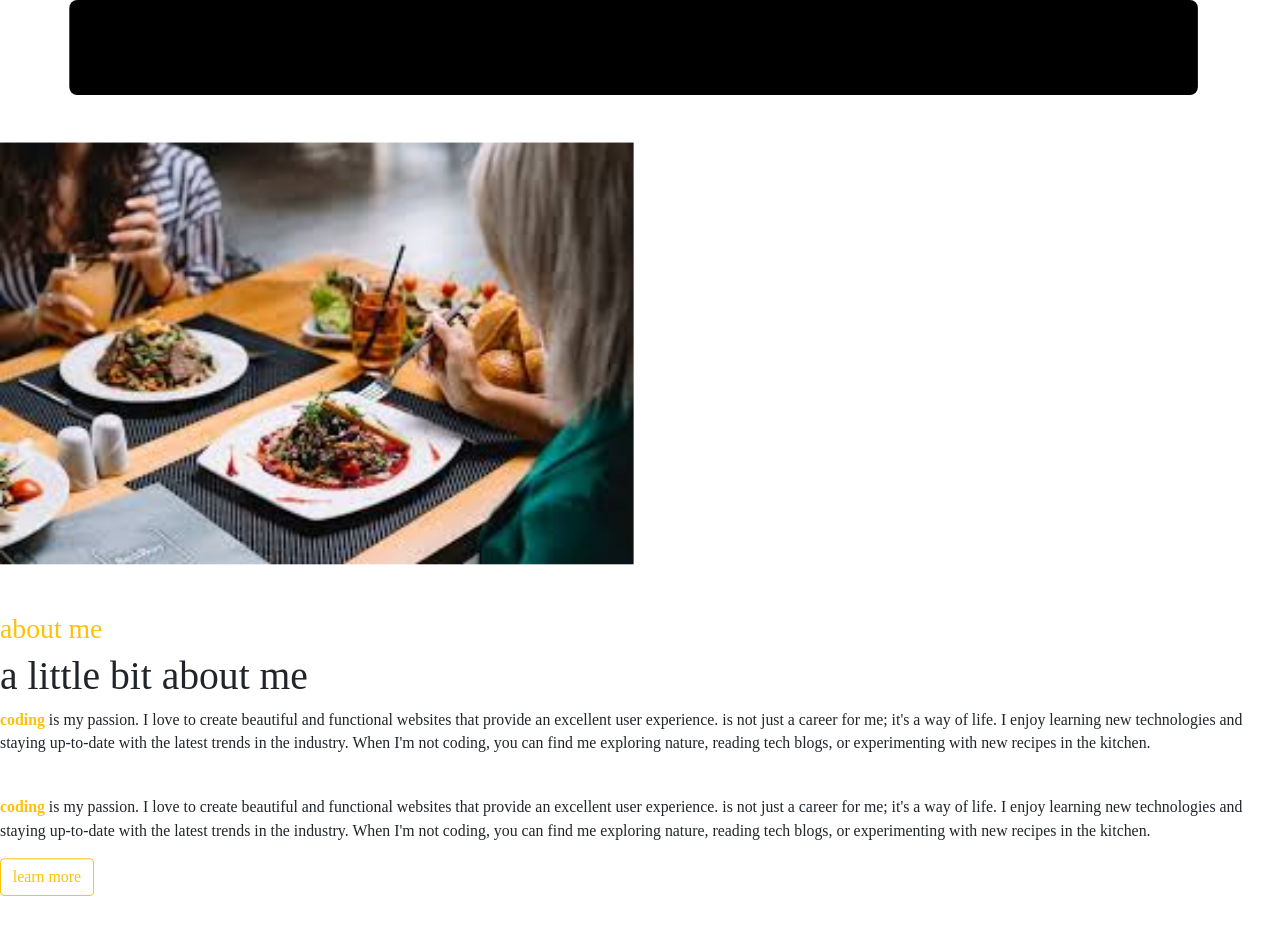
Repository: abeera518/part-2
Page: about.html
The author's editor kept a copy of each file at every save. The page is drawn from the files as they stood at one save, then again after the next save.
The browser window is 1280 px wide. The pictures show the whole page, at 99% of full size.

Above is the page before, as saved 2025-11-20 23:20:01.

### about.html
<html lang="en">

<head>
    <meta charset="UTF-8">
    <meta name="viewport" content="width=device-width, initial-scale=1.0">
    <link href="https://cdn.jsdelivr.net/npm/bootstrap@5.0.2/dist/css/bootstrap.min.css" rel="stylesheet"
        integrity="sha384-EVSTQN3/azprG1Anm3QDgpJLIm9Nao0Yz1ztcQTwFspd3yD65VohhpuuCOmLASjC" crossorigin="anonymous">
    <link rel="stylesheet" href="style.css">
    <title>Document</title>
</head>

<body>
    <div id="about" class="container about p-5"></div>
    <div class="row"></div>
    <div class="col-6"></div>
    <img src=download.jpg
    <div class="col-6 pt-5 pl-5 pb-5 text-white">
        <h3 class="text-warning">about me</h3>
        <h1 class="m-heading">a little bit about me</h1>
    </div>
    <p>
        <b class="text-warning"> coding</b> is my passion. I love to create beautiful and functional websites that
        provide an excellent user experience.<b class="text-warning"></b> is not just a career for me; it's a way of
        life. I enjoy learning new technologies and staying up-to-date with the latest trends in the industry. When I'm
        not coding, you can find me exploring nature, reading tech blogs, or experimenting with new recipes in the
        kitchen.
    </p>
    <br />
    <p>
        <b class="text-warning">coding</b> is my passion. I love to create beautiful and functional websites that
        provide an excellent user experience.<b class="text-warning"></b> is not just a career for me; it's a way of
        life. I enjoy learning new technologies and staying up-to-date with the latest trends in the industry. When I'm
        not coding, you can find me exploring nature, reading tech blogs, or experimenting with new recipes in the
        kitchen.
    </p>
    <button class="btn btn-outline-warning">learn more</button>
</body>

</html>

### style.css
html {
    scroll-behavior: smooth;
}

body {
    background-color: black(9, 83, 148);
    font-family: "Baloo Tamma 2", cursive;
}

.m-heading {
    font-family: "Roboto slab", serif;
}

.text-white {
    color: rgb(218, 23, 23);
}

.main-container {
    height: 100vh;
    display: flex;
    justify-content: center;
    align-items: center;
    flex-direction: column;
    background-image: url(download.jpg);
    background-repeat: no-repeat;
    background-size: cover;
    background-attachment: fixed;
}

.main row {
    display: flex;
    justify-content:
        center;
    align-items: center;
}

.main row h1 {
    font-size: 5rem
}

.main_row img {
    width: auto;
    height: 100vh;
}

.about {
    background: black;
    border-radius: 0.5rem;
}

.card {
    border-bottom: 8px solid
}

After the next save:
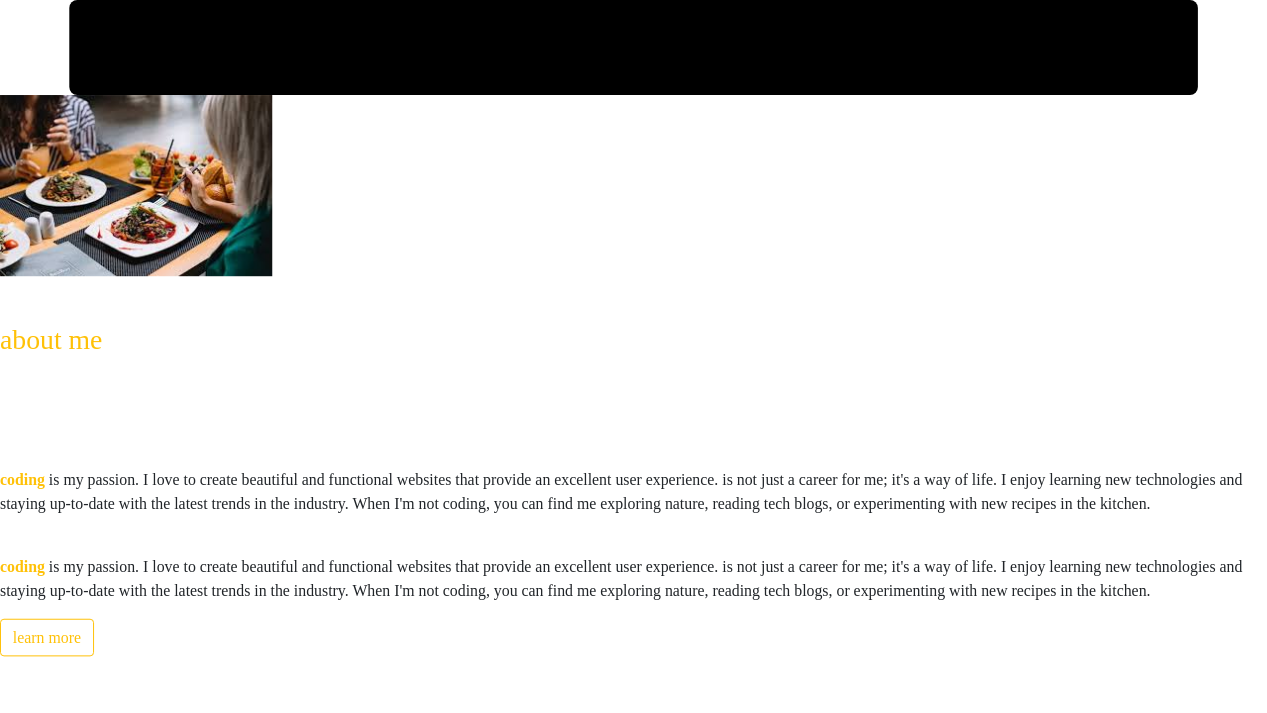
Saved 5 s later.
--- a/about.html
+++ b/about.html
@@ -13,7 +13,7 @@
     <div id="about" class="container about p-5"></div>
     <div class="row"></div>
     <div class="col-6"></div>
-    <img src=download.jpg
+    <img src=download.jpg>
     <div class="col-6 pt-5 pl-5 pb-5 text-white">
         <h3 class="text-warning">about me</h3>
         <h1 class="m-heading">a little bit about me</h1>
